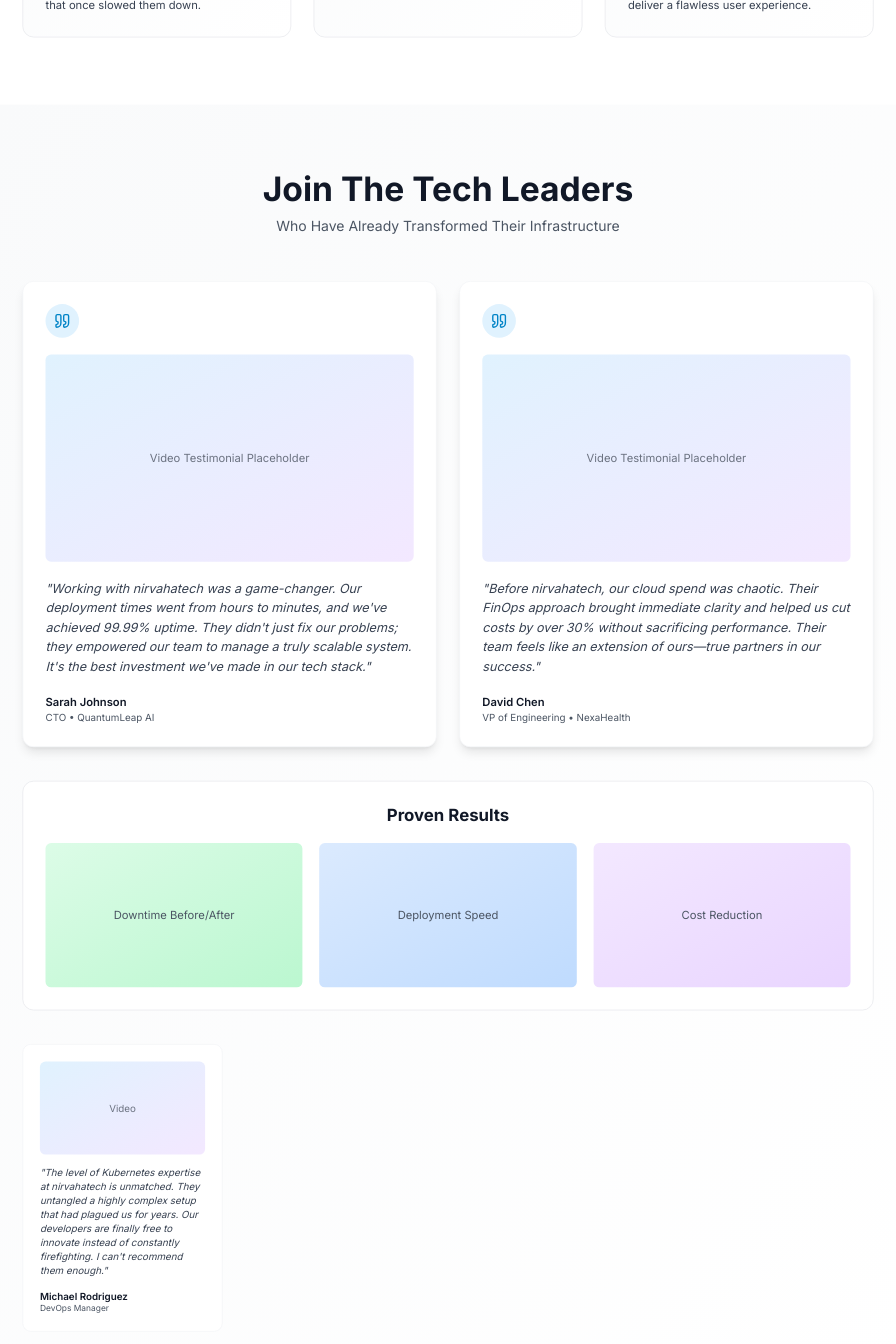
Repository: nirvaha-tech/nirva-monorepo
Page: / (app in frontend/)
An editor plug-in stored every save of this project. The page is shown before and after the next save, followed by the edit.
The browser window is 1280 px wide. The pictures show the part of the page from y = 3878 to 5798 px (the page is 7462 px tall before and 6443 px after), at 70% of full size.
The project was rebuilt for these pictures with package versions that can differ from the ones it lists, and the page was loaded fresh each time. The framework's server and built-in components were replaced by stand-ins that run in the browser. Also part of the build but not shown: frontend/next.config.js.

Above is the page before, as saved 2025-11-14 22:36:03.

After the next save:
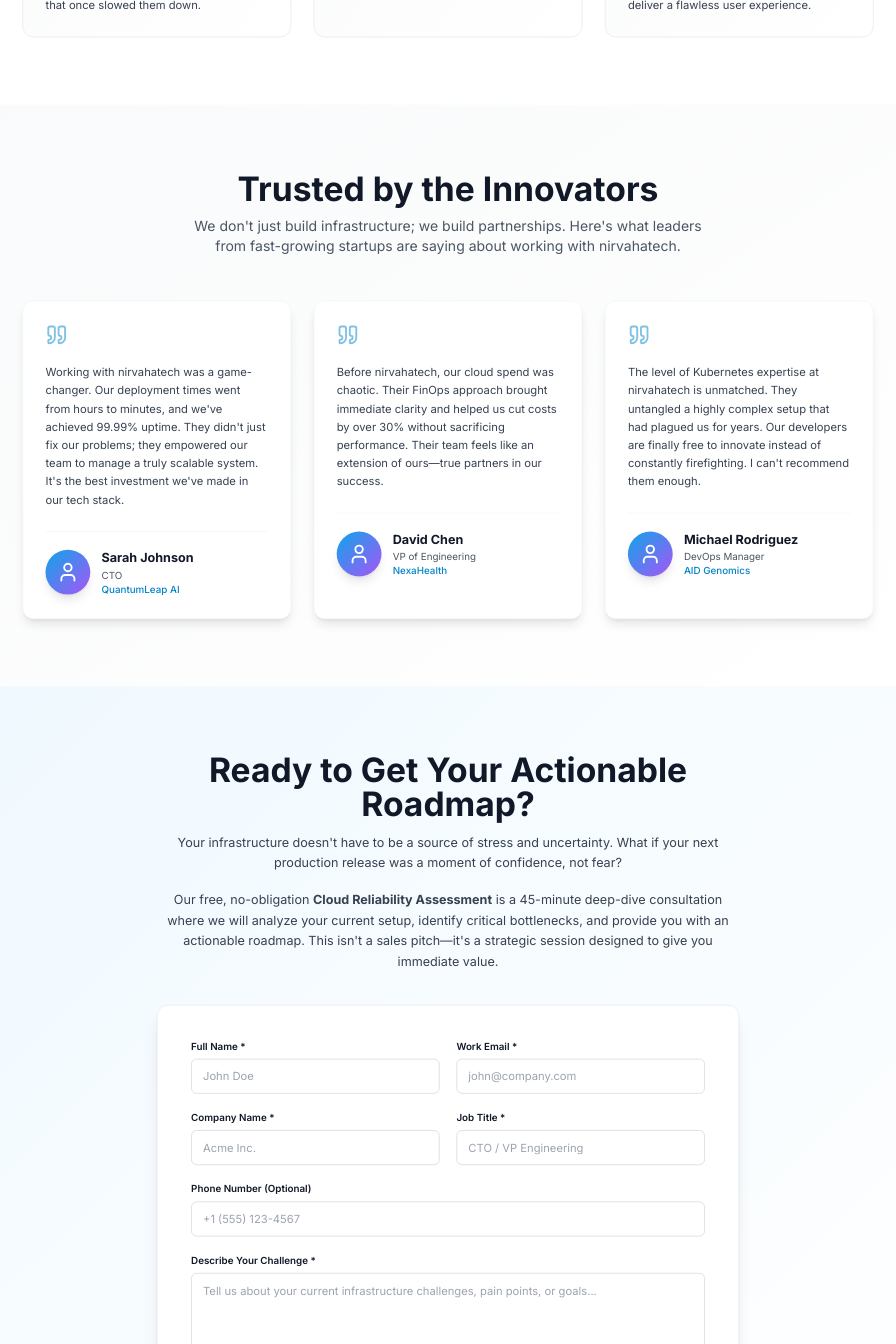
Saved 14 s later.
--- a/frontend/src/components/Testimonials.tsx
+++ b/frontend/src/components/Testimonials.tsx
@@ -32,78 +32,44 @@ export function Testimonials() {
     >
       <div className="max-w-7xl mx-auto px-4 sm:px-6 lg:px-8">
         <h2 className="text-3xl md:text-5xl font-bold text-center text-gray-900 mb-4">
-          Join The Tech Leaders
+          Trusted by the Innovators
         </h2>
         <p className="text-xl text-center text-gray-600 mb-16 max-w-3xl mx-auto">
-          Who Have Already Transformed Their Infrastructure
+          We don&apos;t just build infrastructure; we build partnerships. Here&apos;s what leaders from fast-growing startups are saying about working with nirvahatech.
         </p>
 
-        {/* Featured Testimonials */}
-        <div className="grid md:grid-cols-2 gap-8 mb-12">
-          {testimonials.slice(0, 2).map((testimonial, index) => (
+        {/* Testimonials Grid */}
+        <div className="grid md:grid-cols-3 gap-8">
+          {testimonials.map((testimonial, index) => (
             <div
               key={index}
-              className="bg-white p-8 rounded-2xl shadow-lg border border-gray-100 hover:shadow-xl transition-shadow"
+              className="bg-white p-8 rounded-2xl shadow-lg border border-gray-100 hover:shadow-xl transition-all duration-300 hover:-translate-y-1"
             >
-              <div className="flex items-center justify-center w-12 h-12 bg-primary-100 rounded-full mb-6">
-                <Quote className="text-primary-600" size={24} />
+              <div className="flex items-start justify-start mb-6">
+                <Quote className="text-primary-600 opacity-50" size={32} />
               </div>
-              <div className="mb-6">
-                <div className="w-full aspect-video bg-gradient-to-br from-primary-100 to-secondary-100 rounded-lg flex items-center justify-center text-gray-500">
-                  Video Testimonial Placeholder
+
+              <p className="text-gray-700 mb-8 leading-relaxed">
+                {testimonial.quote}
+              </p>
+
+              <div className="flex items-center gap-4 pt-6 border-t border-gray-100">
+                <div className="flex-shrink-0">
+                  <div className="w-16 h-16 rounded-full bg-gradient-to-br from-primary-500 to-secondary-500 flex items-center justify-center shadow-lg">
+                    <User className="text-white" size={32} />
+                  </div>
                 </div>
-              </div>
-              <p className="text-lg text-gray-700 mb-6 italic">
-                &quot;{testimonial.quote}&quot;
-              </p>
-              <div>
-                <div className="font-semibold text-gray-900">
-                  {testimonial.name}
+                <div>
+                  <div className="font-bold text-gray-900 text-lg">
+                    {testimonial.name}
+                  </div>
+                  <div className="text-sm text-gray-600">
+                    {testimonial.title}
+                  </div>
+                  <div className="text-sm text-primary-600 font-medium">
+                    {testimonial.company}
+                  </div>
                 </div>
-                <div className="text-sm text-gray-600">
-                  {testimonial.title} • {testimonial.company}
-                </div>
-              </div>
-            </div>
-          ))}
-        </div>
-
-        {/* Results Carousel Placeholder */}
-        <div className="mb-12 p-8 bg-white rounded-2xl border border-gray-200">
-          <h3 className="text-2xl font-bold text-gray-900 mb-6 text-center">
-            Proven Results
-          </h3>
-          <div className="grid md:grid-cols-3 gap-6">
-            <div className="aspect-video bg-gradient-to-br from-green-100 to-green-200 rounded-lg flex items-center justify-center">
-              <span className="text-gray-600">Downtime Before/After</span>
-            </div>
-            <div className="aspect-video bg-gradient-to-br from-blue-100 to-blue-200 rounded-lg flex items-center justify-center">
-              <span className="text-gray-600">Deployment Speed</span>
-            </div>
-            <div className="aspect-video bg-gradient-to-br from-purple-100 to-purple-200 rounded-lg flex items-center justify-center">
-              <span className="text-gray-600">Cost Reduction</span>
-            </div>
-          </div>
-        </div>
-
-        {/* Additional Testimonials */}
-        <div className="grid md:grid-cols-2 lg:grid-cols-4 gap-6">
-          {testimonials.slice(2).map((testimonial, index) => (
-            <div
-              key={index}
-              className="bg-white p-6 rounded-xl border border-gray-100 hover:shadow-lg transition-shadow"
-            >
-              <div className="w-full aspect-video bg-gradient-to-br from-primary-100 to-secondary-100 rounded-lg mb-4 flex items-center justify-center text-sm text-gray-500">
-                Video
-              </div>
-              <p className="text-sm text-gray-700 mb-4 italic">
-                &quot;{testimonial.quote}&quot;
-              </p>
-              <div>
-                <div className="font-semibold text-sm text-gray-900">
-                  {testimonial.name}
-                </div>
-                <div className="text-xs text-gray-600">{testimonial.title}</div>
               </div>
             </div>
           ))}
